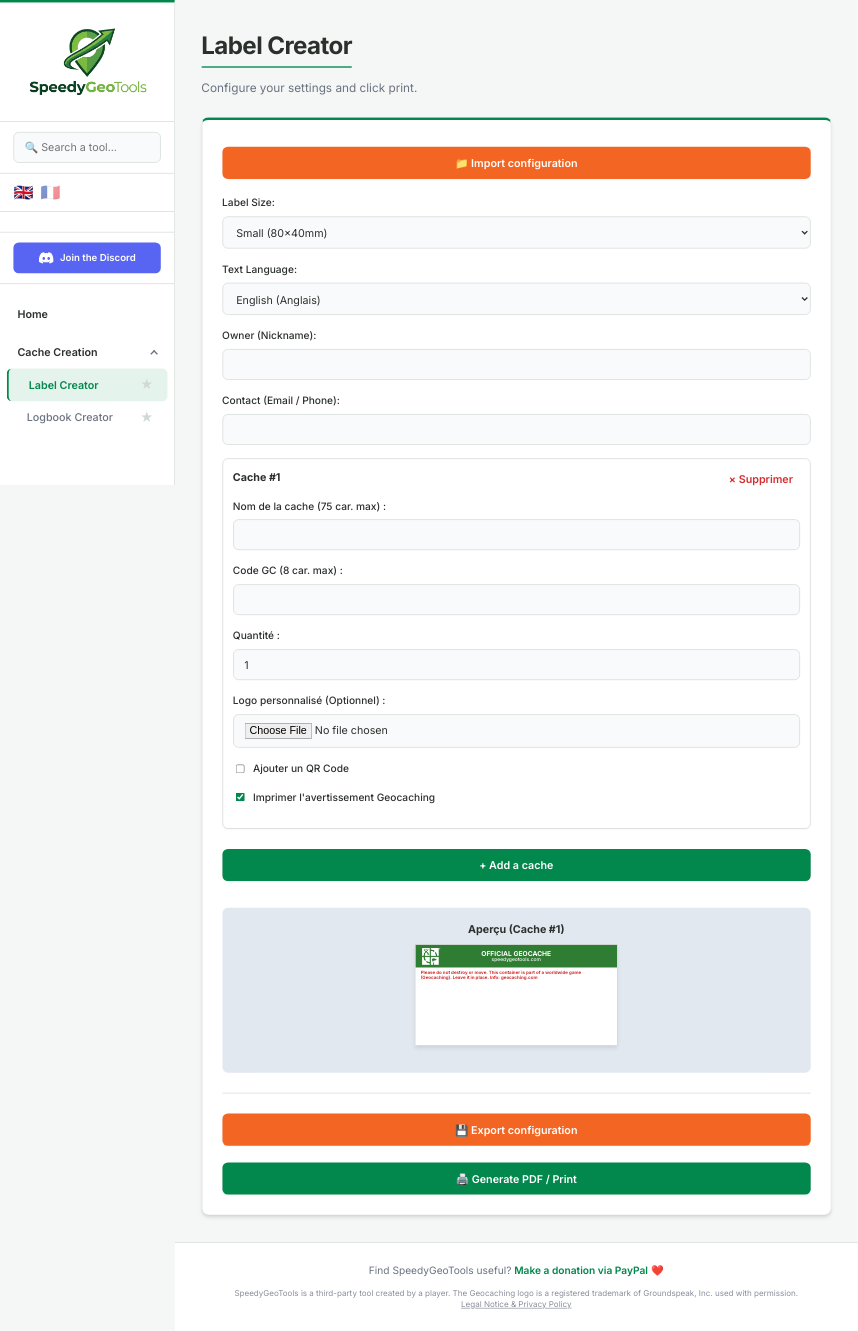
Repository: rodafux/SpeedyGeoTools
Page: labels.html
The author's editor kept a copy of each file at every save. The page is drawn from the files as they stood at one save, then again after the next save.
The browser window is 1280 px wide. The pictures show the whole page, at 67% of full size.

Above is the page before, as saved 2026-04-11 01:35:01.

After the next save:
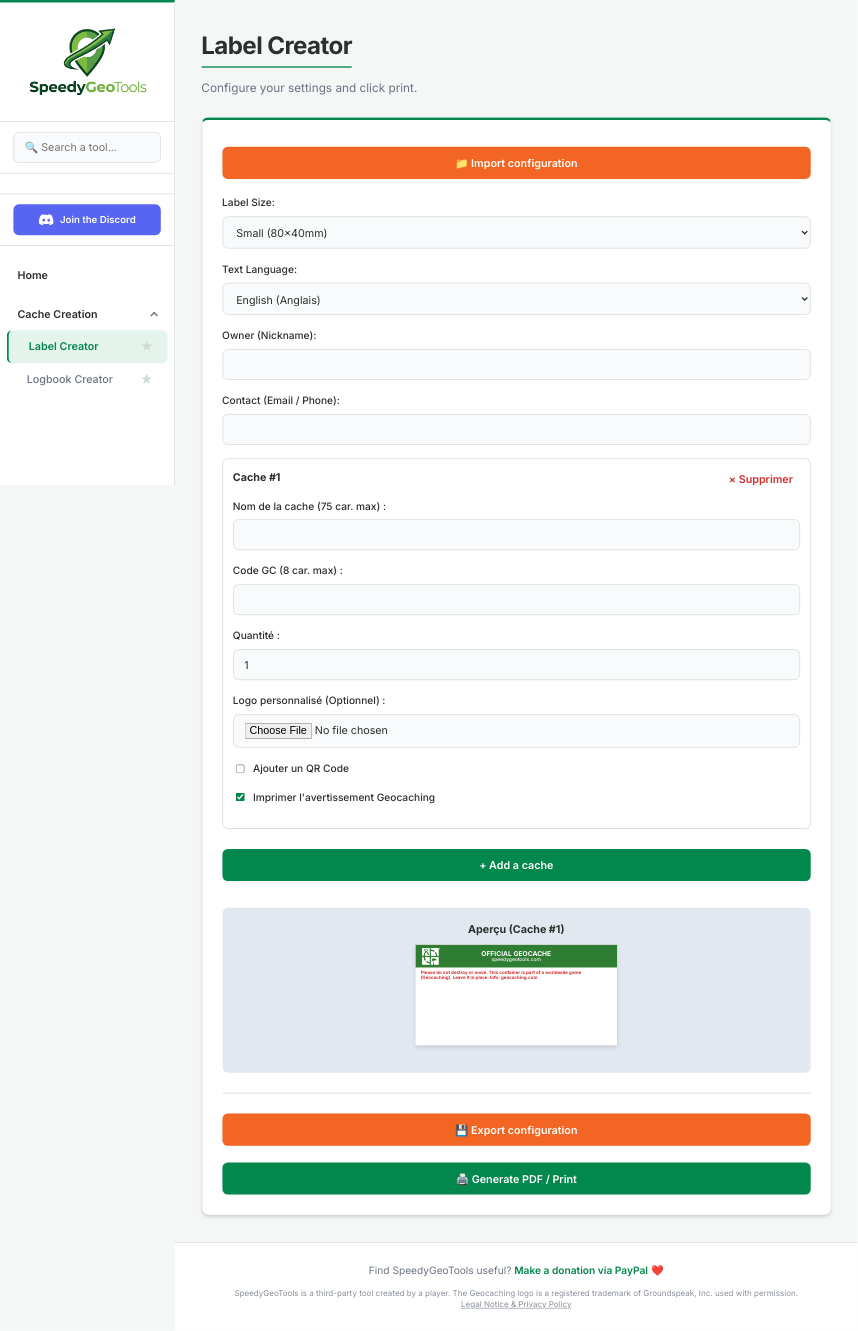
Saved 8 min 2 s later.
--- a/labels.html
+++ b/labels.html
@@ -14,6 +14,16 @@
     <link rel="stylesheet" href="css/style.css">
     <link rel="stylesheet" href="css/print.css">
     <script src="https://cdnjs.cloudflare.com/ajax/libs/qrious/4.0.2/qrious.min.js"></script>
+    <script>
+        (function() {
+            var supportedLangs = ['fr'];
+            var userLang = (navigator.language || navigator.userLanguage).substring(0, 2).toLowerCase();
+            if (!sessionStorage.getItem('lang_redirect') && supportedLangs.indexOf(userLang) !== -1) {
+                sessionStorage.setItem('lang_redirect', 'true');
+                window.location.replace(userLang + '/labels.html' + window.location.search);
+            }
+        })();
+    </script>
 </head>
 <body>
     <div class="app-sidebar no-print">
@@ -26,10 +36,6 @@
         <div class="sidebar-content" id="sidebarContent">
             <div class="search-container">
                 <input type="text" id="toolSearch" placeholder="🔍 Search a tool..." onkeyup="filterTools()">
-            </div>
-            <div style="padding: 10px 20px; border-bottom: 1px solid var(--border-color); display: flex; gap: 10px;">
-                <a href="labels.html" style="text-decoration: none; font-size: 1.5rem; opacity: 1;">🇬🇧</a>
-                <a href="fr/labels.html" style="text-decoration: none; font-size: 1.5rem; opacity: 0.5;">🇫🇷</a>
             </div>
             <div id="google_translate_element" class="translation-widget"></div>
             <div class="sidebar-discord">
